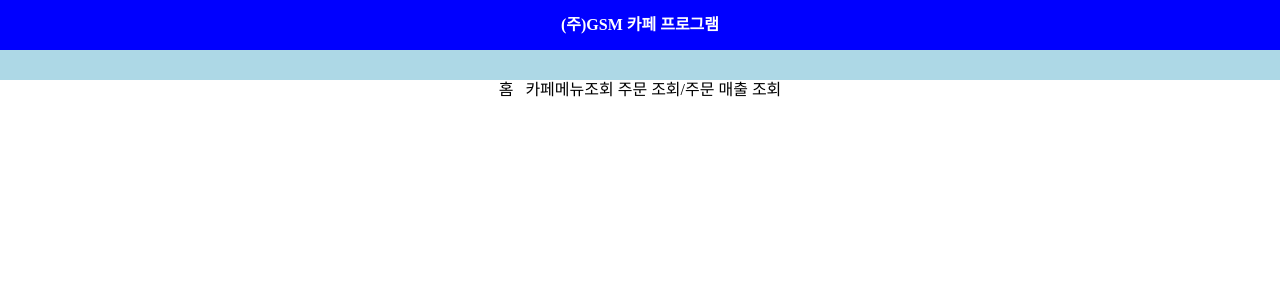
Repository: jiye-stingray/JSP
Page: http://localhost/Cafe/
The author's editor kept a copy of each file at every save. The page is drawn from the files as they stood at one save, then again after the next save.
The browser window is 1280 px wide. The pictures show the whole page.
The page is served by Tomcat 9.

Above is the page before, as saved 2022-09-22 10:52:57.

After the next save:
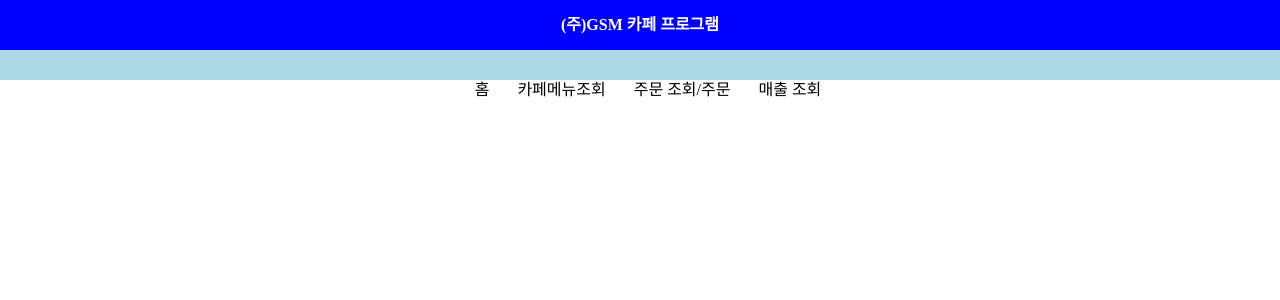
Saved 39 s later.
--- a/WithMIRA/Cafe/src/main/webapp/index.jsp
+++ b/WithMIRA/Cafe/src/main/webapp/index.jsp
@@ -13,11 +13,11 @@ line-height: 50px; background-color: blue; color: white;">
 </header>
 
 <nav style = "position: fixed; top: 50px; left:0; height: 30px; width: 100%; text-align: center; line-height: 80px; background-color: lightblue;
-">
-홈 &nbsp;
-카페메뉴조회
-주문 조회/주문
-매출 조회
+padding-left: 20px">
+홈 &nbsp; &nbsp; &nbsp;
+카페메뉴조회 &nbsp; &nbsp; &nbsp;
+주문 조회/주문 &nbsp; &nbsp; &nbsp;
+매출 조회 &nbsp; &nbsp; &nbsp;
 
 </nav>
 
